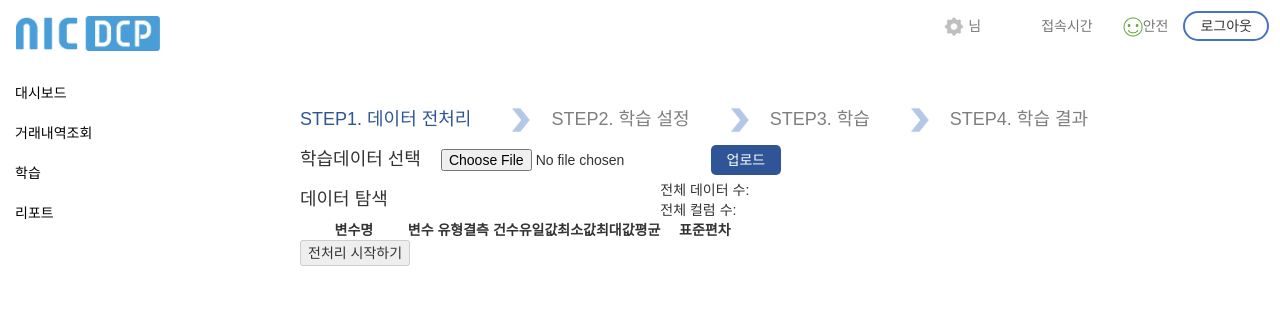
Repository: zzyeah0/project01
Page: http://localhost/nicdcp_frontend/step1.jsp
These files come from the project's save history. The page is drawn as it stood at one moment and after the next save; the edit follows.
The browser window is 1280 px wide. The pictures show the whole page.
Some web fonts or font styles are not loaded; a fallback is used. The page is served by Tomcat 9. Other server files are loaded and not shown. The template is opened directly, without the code that normally fills it, so the values that code supplies are empty.

Above is the page before, as saved 2021-05-25 02:39:47.

### nicdcp_frontend/src/main/webapp/step1.jsp
<%@ page language="java" contentType="text/html; charset=UTF-8"
    pageEncoding="UTF-8"%>
<%@ taglib prefix="c" uri="http://java.sun.com/jsp/jstl/core" %>
<!DOCTYPE html>
<html>
<head>
<meta charset="UTF-8">
<meta name="viewport" content="width=device-width", initial-scale="1">
<link rel="stylesheet" href="css/bootstrap.css">
<link rel="stylesheet" href="css/nicdcp.css">
<title>NICDCP</title>
</head>
<body>
<script>
	function checkFile() {
		var fm = document.fileForm;
		var fnm = fm.uploadFile;
		var ext = fnm.value;

		if(!(ext.substr(ext.length-3) == 'cvs')) {
			alert("CVS 파일만 업로드 가능합니다.");
			return false;
		}
		fm.submit();
	}
</script>
	<jsp:include page="/header.jsp" />
	<div class="pages">
		<table>
			<tr>
				<td><h4 class="text-blue">STEP1. 데이터 전처리</h4></td>
				<td><img src="./image/next.png" class="next-img" alt="" /></td>
				<td><h4 class="text-grey">STEP2. 학습 설정</h4></td>
				<td><img src="./image/next.png" class="next-img" alt="" /></td>
				<td><h4 class="text-grey">STEP3. 학습</h4></td>
				<td><img src="./image/next.png" class="next-img" alt="" /></td>
				<td><h4 class="text-grey">STEP4. 학습 결과</h4></td>
			</tr>
		</table>
		<form action="<%= application.getContextPath() %>/dataUpload.do" method="post" enctype="multipart/form-data">
		<table>
			<tr>
				<th><h4>학습데이터 선택</h4></th>
				<td colspan="7">
					<input type="file" name="file"/>
				</td>
				<td>
					<input type="submit" value="업로드" class="btn blue"/>
				</td>
			</tr>
		</table>
		</form>
		<table>
			<tr>
				<td><h4>데이터 탐색</h4></td>
				<td colspan="6"></td>
				<td>전체 데이터 수: <br/>전체 컬럼 수: </td>
			</tr>
			<tr>
				<th>변수명</th>
				<th>변수 유형</th>
				<th>결측 건수</th>
				<th>유일값</th>
				<th>최소값</th>
				<th>최대값</th>
				<th>평균</th>
				<th>표준편차</th>
			</tr>
		</table>
		<input type="button" disabled value="전처리 시작하기"/>
	</div>
</body>
</html>

### nicdcp_frontend/src/main/webapp/header.jsp
<%@ page language="java" contentType="text/html; charset=UTF-8"
    pageEncoding="UTF-8"%>
<!DOCTYPE html>
<html>
<head>
<meta charset="UTF-8">
<meta name="viewport" content="width=device-width", initial-scale="1">
<link rel="stylesheet" href="css/bootstrap.css">
<link rel="stylesheet" href="css/nicdcp.css">
<title>Insert title here</title>
<script
  src="https://code.jquery.com/jquery-3.6.0.min.js"
  integrity="sha256-/xUj+3OJU5yExlq6GSYGSHk7tPXikynS7ogEvDej/m4="
  crossorigin="anonymous"></script>
</head>
<body>
	<nav class="navbar navbar-default">
		<div class="navbar-header">
			<button type="button" class="navbar-toggle collapsed" data-toggle="collapse" data-targe="#bs-example-navbar-collapse-1"	aria-expanded="false">
				<span class="icon-bar"></span>
				<span class="icon-bar"></span>
				<span class="icon-bar"></span>
			</button>
			<a class="navbar-brand" href="<%=request.getContextPath() %>/dashboard.do"><img class="logo" src="./image/NIC-DCP.png"/></a>
		</div>
		<div class="collapse navbar-collapse" id="bs-example-navbar-collapse-1">
			<ul class="nav navbar-nav navbar-right">
				<li><a href="password.jsp"><img src="./image/config.png" id="config-img" alt="" /> ${emp_name}님</a></li>
				<li><a>${emp_ip}</a></li>
				<li><a>접속시간</a></li>
				<li><a><img src="./image/safe.png" class="invasion-monitoring-img" alt="" />안전</a></li>
				<li><button id="logout-btn" onclick="location.href='logout.do'">로그아웃</button></li>
			</ul>
		</div>
	</nav>
	<div class="vertical-nav">
		<ul class="nav navbar-left">
			<li><a href="<%=request.getContextPath() %>/dashboard.do">대시보드</a></li>
			<li><a href="<%=request.getContextPath() %>/transaction.do">거래내역조회</a></li>
			<li><a href="<%=request.getContextPath() %>/learningList.do">학습</a></li>
			<li><a href="<%=request.getContextPath() %>/report.do">리포트</a></li>
		</ul>
	</div>
</body>
</html>

### nicdcp_frontend/src/main/webapp/css/nicdcp.css
@font-face {
	font-family: 'Noto Sans KR';
	font-style: normal;
	font-weight: 100;
	src: url(//fonts.gstatic.com/ea/notosanskr/v2/NotoSansKR-Thin.woff2) format('woff2'),url(//fonts.gstatic.com/ea/notosanskr/v2/NotoSansKR-Thin.woff) format('woff'),url(//fonts.gstatic.com/ea/notosanskr/v2/NotoSansKR-Thin.otf) format('opentype');
	}
@font-face {
	font-family: 'Noto Sans KR';
	font-style: normal;
	font-weight: 300;
	src: url(//fonts.gstatic.com/ea/notosanskr/v2/NotoSansKR-Light.woff2) format('woff2'),url(//fonts.gstatic.com/ea/notosanskr/v2/NotoSansKR-Light.woff) format('woff'),url(//fonts.gstatic.com/ea/notosanskr/v2/NotoSansKR-Light.otf) format('opentype');
	}
	@font-face {
	font-family: 'Noto Sans KR';
	font-style: normal;
	font-weight: 400;
	src: url(//fonts.gstatic.com/ea/notosanskr/v2/NotoSansKR-Regular.woff2) format('woff2'),url(//fonts.gstatic.com/ea/notosanskr/v2/NotoSansKR-Regular.woff) format('woff'),url(//fonts.gstatic.com/ea/notosanskr/v2/NotoSansKR-Regular.otf) format('opentype');
	}
	@font-face {
	font-family: 'Noto Sans KR';
	font-style: normal;
	font-weight: 500;
	src: url(//fonts.gstatic.com/ea/notosanskr/v2/NotoSansKR-Medium.woff2) format('woff2'),url(//fonts.gstatic.com/ea/notosanskr/v2/NotoSansKR-Medium.woff) format('woff'),url(//fonts.gstatic.com/ea/notosanskr/v2/NotoSansKR-Medium.otf) format('opentype');
	}
	@font-face {
	font-family: 'Noto Sans KR';
	font-style: normal;
	font-weight: 700;
	src: url(//fonts.gstatic.com/ea/notosanskr/v2/NotoSansKR-Bold.woff2) format('woff2'),url(//fonts.gstatic.com/ea/notosanskr/v2/NotoSansKR-Bold.woff) format('woff'),url(//fonts.gstatic.com/ea/notosanskr/v2/NotoSansKR-Bold.otf) format('opentype');
	}
	@font-face {
	font-family: 'Noto Sans KR';
	font-style: normal;
	font-weight: 900;
	src: url(//fonts.gstatic.com/ea/notosanskr/v2/NotoSansKR-Black.woff2) format('woff2'),url(//fonts.gstatic.com/ea/notosanskr/v2/NotoSansKR-Black.woff) format('woff'),url(//fonts.gstatic.com/ea/notosanskr/v2/NotoSansKR-Black.otf) format('opentype');
	}
	body, h1, h2, h3, h4, h5, h6, input, textarea, select {
	font-family: 'Noto Sans KR', sans-serif;
	}



/* 버튼 길이 */
.btn-long {
	width: 230px;
	height: 40px;
}

.container {
	width: 100%;
	height: 100vh;
	display: flex;
}

.loginBox{
	margin:auto;
	text-align: center;
}

#lostPwdTb {
	margin-top: -60%;
	width: 400px;
}

.loginLogo {
	max-width: 400px;
	min-width: 100px;
	padding-bottom: 100px;
	margin-top: -100px;
}

.step-bar {
	width: 29%;
	height: 5px;
	float: left;
	margin-left: 5px;
	border: none;
	margin-bottom: 40px;
}

.loginBox table {
	margin:auto;
}

.loginImg {
	width: 30px;
	margin: 2px;
}

.loginInput {
	background-color: #DAE3F3;
	border: 0px;
	width: 200px;
	height: 30px;
	padding: 5px;
	border-radius: 3px;
}

.title{
	font-size: 20px;
	font-weight: bold;
	text-align: left;
}

.vertical-nav{
	float:left;
	width: 200px;
	height: 100%;
}

.pages {
	position: absolute;
	left: 300px;
	top: 100px;
}

#performance {
	width: 200px;
	margin-bottom: 30px;
}

th{
	text-align: center;
}

.regi th{
	padding: 10px 10px;
}

.logo {
	height: 35px;
}

#config-img{
	width: 20px;
}

.invasion-monitoring-img{
	width: 20px;
}

#logout-btn {
	border-radius: 15px;
	border: 2px solid #4472C4;
	padding: 3px 15px;
	margin-top: 10px;
	margin-right: 10px;
	background-color: white;
}

.box{
	position: relative;
	margin: 10px;
	padding: 10px;
	background-color: #E2F0D9;
	border-radius: 10px;
}

.short {
	width: 180px;
	height: 100px;
}

.long {
	width: 250px;
	height: 80px;
}

.big {
	width: 250px;
	height: 125px;
}

.transp {
	background-color:white;
	border: solid 3px #2F528F;
	margin: 10px;
	padding: 10px;
	border-radius: 10px;
	max-height: 300px;
}

.transp table {
	width: 100%;
}

.transp th {
	text-align: left;
	padding: 0 10px;
}
.transp td {
	text-align: center;
}
.box img {
	width: 15px;
}

.box button {
	border: none;
	outline: none;
	background-color: transparent;
	position: absolute;
	top: 7px;
	right: 7px;
}

#more-btn{
	width: 20px;
}

#learning-btn{
	float: right;
	width: 100px;
}

.explainBox {
	border: solid 1px #D9D9D9;
	float: right;
	padding: 10px;
	margin-top: 50px;
	width: 50%;
}
.filter {
	background-color: #ADB9CA;
	padding: 10px;
}

.filter table{
	min-width: 800px;
	min-height: 100px;
}

.content table{
	min-width: 820px;
	margin-top: 20px;
}
.content table tr{
	height: 30px;
	text-align: center;
}

.d-tb table{
	min-width: 600px;
}

.d-tb tr{
	height: 30px;
	text-align: center;
}

.d-tb th{
	background-color: #D9D9D9;
}
.btn{
	border-radius: 5px;
	border: none;
	padding: 5px;
	margin: 5px;
	color: white;
	min-width: 70px;
}

.content th {
	background-color: #D9D9D9;
	text-align: center;
}

.content td a:link{
	color: black;
	text-decoration: none;
}

.content td a:hover{
	color: #4472C4;
	text-decoration: none;
}

.yesorno {
	width: 20px;
}

.align-left{
	text-align: left;
}

.align-center{
	text-align: center;
}

h4{
	text-align: left;
	margin-right: 20px;
}

a{
	color: black;
	text-decoration: none;
}
a:hover {
	color: black;
	text-decoration: none;
}

.text-blue {
	color: #2F5597;
}

.text-grey {
	color: #7F7F7F;
}

.next-img {
	width: 20px;
	margin: 0 20px;
}
.inline {
	display: inline-block;
}

.report-tb th {
	background-color: #D9D9D9;
	text-align: center;
}

/*background-color*/
.blue {
	background-color: #2F5597;
}

.liblue2 {
	background-color: #4472C4;
}

.liblue {
	background-color: #8FAADC;
}

.grey {
	background-color: #AFABAB;
}

.ligrey {
	background-color: #AFABAB;
}

.red {
	background-color: #FBE5D6;
}

.coral {
	background-color: #F4B183;
}

.yellow{
	background-color: #FFF2CC;
}

Loaded but not shown: nicdcp_frontend/src/main/webapp/css/bootstrap.css (library)

After the next save:
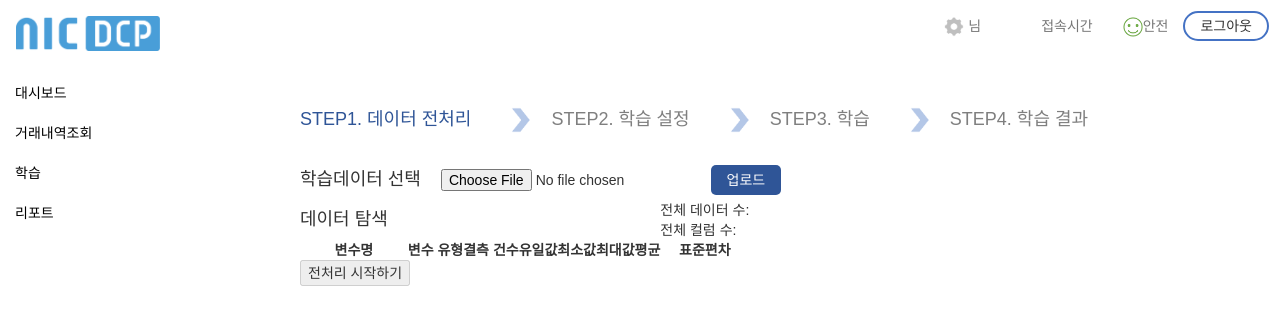
Saved 23 s later.
--- a/nicdcp_frontend/src/main/webapp/step1.jsp
+++ b/nicdcp_frontend/src/main/webapp/step1.jsp
@@ -36,6 +36,9 @@
 				<td><img src="./image/next.png" class="next-img" alt="" /></td>
 				<td><h4 class="text-grey">STEP4. 학습 결과</h4></td>
 			</tr>
+			<tr>
+				<td><br /></td>
+			</tr>
 		</table>
 		<form action="<%= application.getContextPath() %>/dataUpload.do" method="post" enctype="multipart/form-data">
 		<table>
